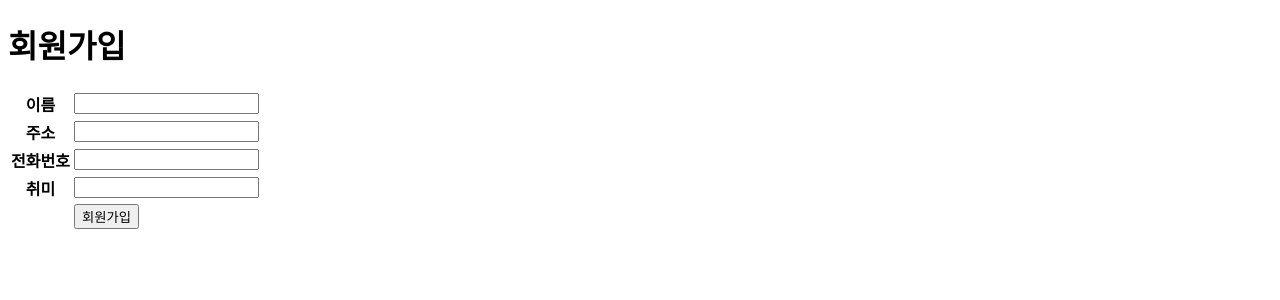
Repository: serendipity63/jsp_workspace
Page: Hello/src/main/webapp/WEB-INF/memReg.html
The author's editor kept a copy of each file at every save. The page is drawn from the files as they stood at one save, then again after the next save.
The browser window is 1280 px wide. The pictures show the whole page.

Above is the page before, as saved 2023-09-19 05:22:35.

### Hello/src/main/webapp/WEB-INF/memReg.html
<!DOCTYPE html>
<html>
<head>
<meta charset="UTF-8">
<title>Insert title here</title>
</head>
<body>
<div>
<h1>회원가입</h1>
<form>
<table>
<tr><th>이름</th><td><input type= "text" name= "name"/></td></tr>
<tr><th>주소</th><td><input type= "text" name= "address"/></td></tr>
<tr><th>전화번호</th><td><input type= "text" name= "tel"/></td></tr>
<tr><th>취미</th><td><input type= "text" name= "hobby"/></td></tr>
<tr><td></td><td><input type= "submit" value= "회원가입"/></td></tr>

</table>
</form>
</div>
</body>
</html>

After the next save:
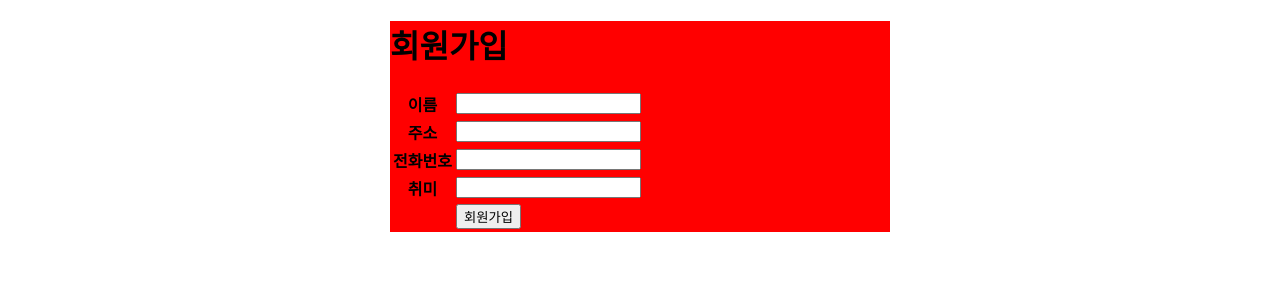
Saved 72 s later.
--- a/Hello/src/main/webapp/WEB-INF/memReg.html
+++ b/Hello/src/main/webapp/WEB-INF/memReg.html
@@ -3,6 +3,16 @@
 <head>
 <meta charset="UTF-8">
 <title>Insert title here</title>
+<style type="text/css">
+body{margin:auto;}
+div{
+width:500px;
+background-color:red;
+margin:auto;
+padding:auto;}
+
+
+</style>
 </head>
 <body>
 <div>
@@ -14,7 +24,6 @@
 <tr><th>전화번호</th><td><input type= "text" name= "tel"/></td></tr>
 <tr><th>취미</th><td><input type= "text" name= "hobby"/></td></tr>
 <tr><td></td><td><input type= "submit" value= "회원가입"/></td></tr>
-
 </table>
 </form>
 </div>
